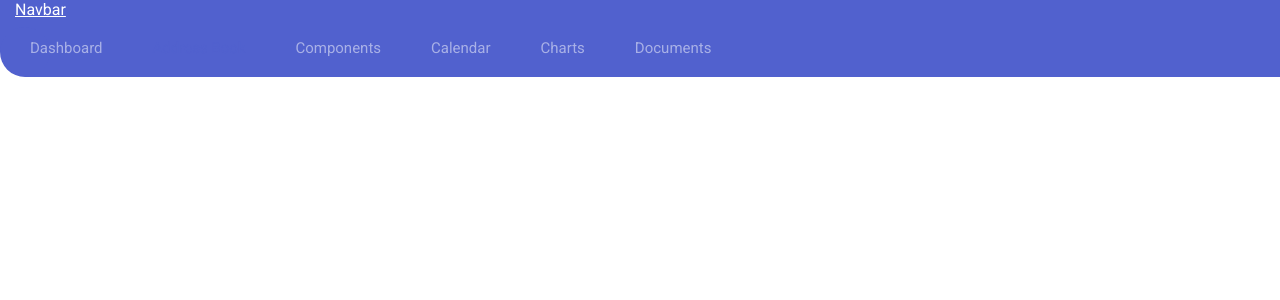
Repository: 71summernight/JavaScript_Jquery
Page: WebJSP_JDBC_HomeWork/WebContent/bootstrap.html
These files come from the project's save history. The page is drawn as it stood at one moment and after the next save; the edit follows.
The browser window is 1280 px wide. The pictures show the whole page.

Above is the page before, as saved 2021-04-03 09:26:59.
Console error: ReferenceError: $ is not defined

After the next save:
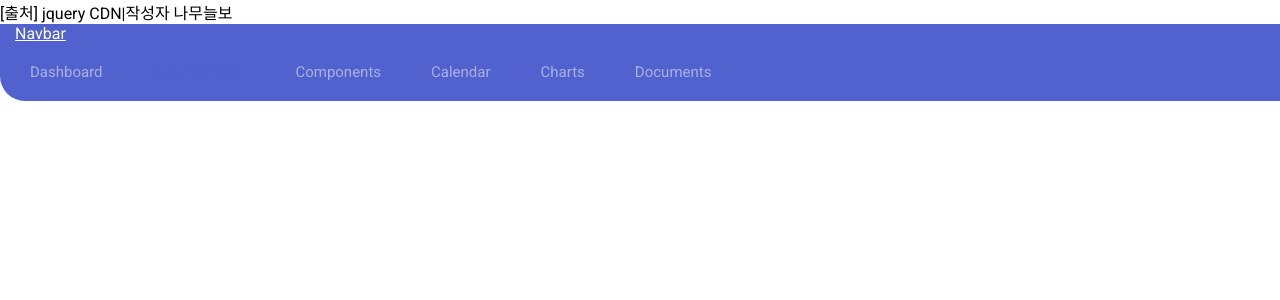
Saved 8 min 22 s later.
--- a/WebJSP_JDBC_HomeWork/WebContent/bootstrap.html
+++ b/WebJSP_JDBC_HomeWork/WebContent/bootstrap.html
@@ -4,6 +4,10 @@
 
 <link rel="stylesheet" type="text/css" href="bootstrap.css" />
      <script src="bootstrap.js"></script>
+<script src="https://ajax.googleapis.com/ajax/libs/jquery/1.12.4/jquery.min.js"></script>
+
+[출처] jquery CDN|작성자 나무늘보
+
 
 
 <meta charset="UTF-8">

After the save that followed:
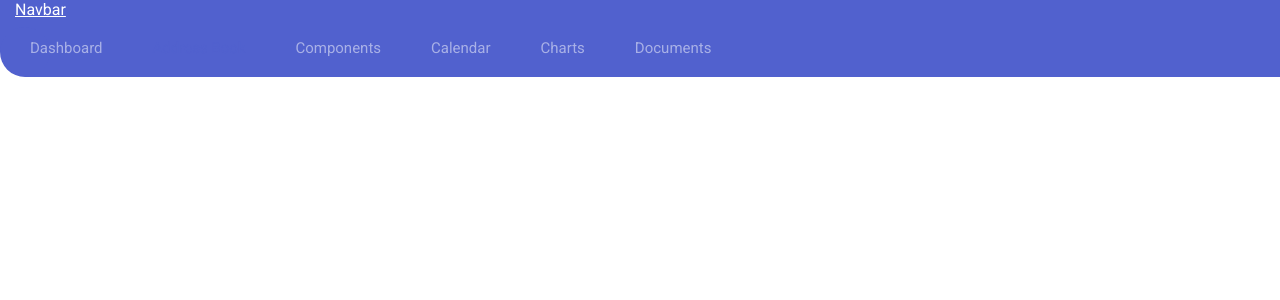
Saved 3 s later.
--- a/WebJSP_JDBC_HomeWork/WebContent/bootstrap.html
+++ b/WebJSP_JDBC_HomeWork/WebContent/bootstrap.html
@@ -6,7 +6,6 @@
      <script src="bootstrap.js"></script>
 <script src="https://ajax.googleapis.com/ajax/libs/jquery/1.12.4/jquery.min.js"></script>
 
-[출처] jquery CDN|작성자 나무늘보
 
 
 
